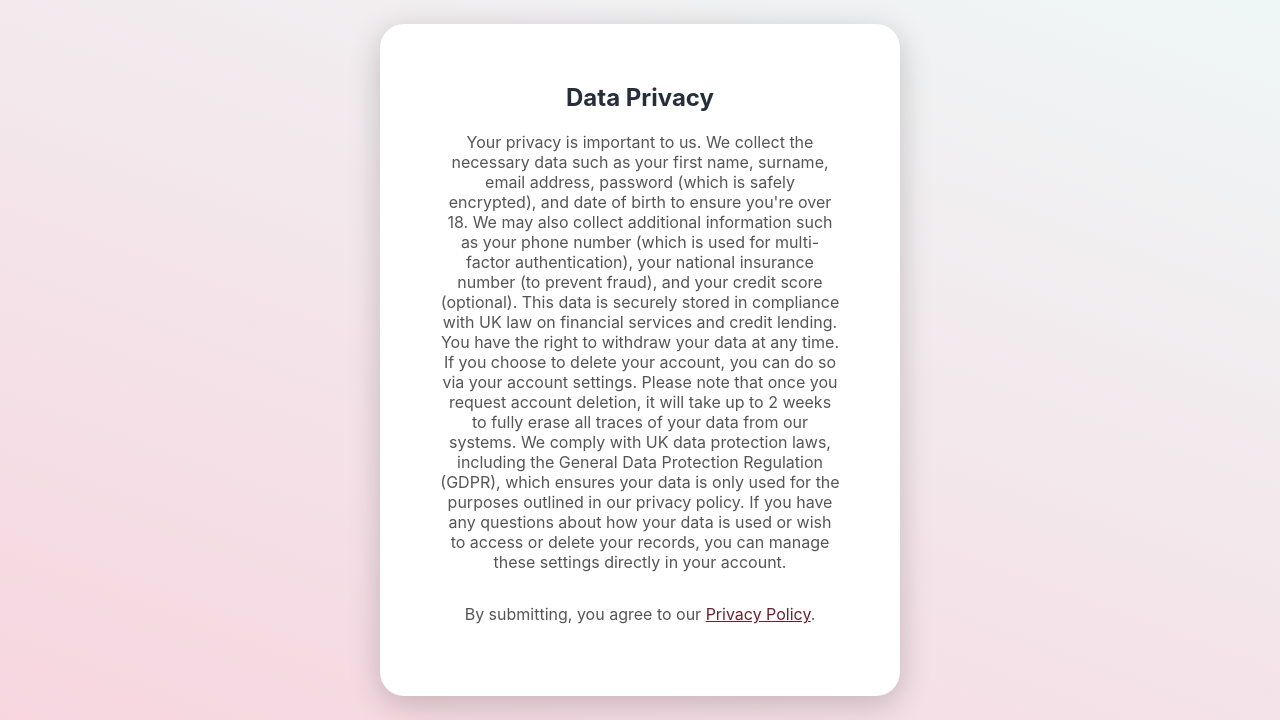
Repository: aab232/https---github.com-aab232-Deferred-Payment-Platform
Page: /privacy (app in frontend/)
These files come from the project's save history. The page is drawn as it stood at one moment and after the next save; the edit follows.
The browser window is 1280 px wide. The pictures show the whole page.
The project was rebuilt for these pictures with package versions that can differ from the ones it lists, and the page was loaded fresh each time. Also part of the build but not shown: frontend/src/components/Home.js, frontend/src/components/Register.js, frontend/src/components/Login.js, frontend/src/components/Main.css, frontend/src/components/Main.js, frontend/src/components/BackButton.css, frontend/src/components/BackButton.js, frontend/src/components/Settings.js.

Above is the page before, as saved 2025-04-01 01:49:33.

### frontend/src/App.js
import React from 'react';
import { BrowserRouter as Router, Routes, Route } from 'react-router-dom';
import Home from './components/Home';
import Register from './components/Register';
import Login from './components/Login';
import Main from './components/Main';
import Settings from './components/Settings';
import Privacy from './components/Privacy';

const App = () => {
  return (
    <Router>
      <Routes>
        <Route path="/" element={<Home />} />
        <Route path="/login" element={<Login />} />
        <Route path="/register" element={<Register />} />
        <Route path="/main" element={<Main />} />
        <Route path="/settings" element={<Settings />} />
        <Route path="/privacy" element={<Privacy />} />
      </Routes>
    </Router>
  );
};

export default App;

### frontend/src/components/Privacy.js
import React from 'react';
import './Privacy.css'; // Make sure to import the CSS file

const Privacy = () => {
  return (
    <div className="container">
      <div className="form-card">
        <h2>Data Privacy</h2>

        <p>
          Your privacy is important to us. We collect the necessary data such as your first name, surname, email address, password (which is safely encrypted), and date of birth to ensure you're over 18. We may also collect additional information such as your phone number (which is used for multi-factor authentication), your national insurance number (to prevent fraud), and your credit score (optional). This data is securely stored in compliance with UK law on financial services and credit lending.

          You have the right to withdraw your data at any time. If you choose to delete your account, you can do so via your account settings. Please note that once you request account deletion, it will take up to 2 weeks to fully erase all traces of your data from our systems.

          We comply with UK data protection laws, including the General Data Protection Regulation (GDPR), which ensures your data is only used for the purposes outlined in our privacy policy. If you have any questions about how your data is used or wish to access or delete your records, you can manage these settings directly in your account.
        </p>

        <p>By submitting, you agree to our <span className="link">Privacy Policy</span>.</p>
      </div>
    </div>
  );
};

export default Privacy;

### frontend/src/components/Home.css
.container {
    display: flex;
    justify-content: center;
    align-items: center;
    height: 100vh; /* Full viewport height */
    background: linear-gradient(135deg, #252f3b, #252d3b); /* Elegant gradient */
  }

  .card {
    text-align: center;
    background: #fff;
    padding: 40px 60px;
    border-radius: 24px;
    box-shadow: 0 8px 32px rgba(0, 0, 0, 0.2);
    max-width: 350px;
    width: 100%;
  }

  h1 {
    margin-bottom: 16px;
    font-size: 28px;
    color: #252f3b;
  }

  p {
    margin-bottom: 32px;
    font-size: 16px;
    color: #555;
  }

  .button-group {
    display: flex;
    justify-content: space-between;
  }

  .btn {
    padding: 12px 24px;
    font-size: 16px;
    border: none;
    border-radius: 30px; /* Rounded buttons */
    cursor: pointer;
    transition: background 0.3s ease;
    color: white;
    background: #252f3b;
  }

  .btn:hover {
    background: #252f3b; /* Button hover effect */
  }

### frontend/src/components/Form.css
.container {
  display: flex;
  justify-content: center;
  align-items: center;
  height: 100vh;
  background: linear-gradient(200deg, #eff7f6, #F7D6E0);
}

.form-card {
  background: white;
  padding: 40px 60px;
  border-radius: 24px;
  box-shadow: 0 8px 32px rgba(0, 0, 0, 0.2);
  max-width: 400px;
  width: 100%;
  text-align: center;
}

h2 {
  color: #252f3b;
}

input {
  display: block;
  width: 100%;
  margin: 10px 0;
  padding: 12px;
  border: 1px solid #ddd;
  border-radius: 30px;
}

.btn {
  padding: 12px 24px;
  margin-top: 20px;
  border-radius: 30px;
  border: none;
  color: white;
  background: #6b212e;
  cursor: pointer;
}

.btn:hover {
  background: #a41b34;
}

.link {
  color: #6b212e;
  cursor: pointer;
}

### frontend/src/components/Settings.css
.settings-container {
  display: flex;
  flex-direction: column;
  align-items: center;
  padding: 40px 20px;
  background: #f8f9fa;
  min-height: 100vh;
}

h1 {
  color: #343a40;
  margin-bottom: 20px;
}

.menu {
  display: flex;
  gap: 20px;
  margin-bottom: 40px;
}

.menu button {
  padding: 10px 20px;
  border: none;
  border-radius: 8px;
  cursor: pointer;
  transition: background 0.3s ease;
  font-weight: bold;
  background: #007bff;
  color: white;
}

.menu .danger {
  background: #dc3545;
}

.menu button:hover {
  opacity: 0.8;
}

/* Dropdown styling */
.dropdown {
  display: flex;
  flex-direction: column;
  gap: 10px;
  margin-top: 20px;
}

.dropdown button {
  padding: 8px 16px;
  border: none;
  border-radius: 8px;
  background: #6c757d;
  color: white;
  cursor: pointer;
  transition: background 0.3s ease;
}

.dropdown button:hover {
  background: #495057;
}

/* Section Styling */
.section {
  width: 100%;
  max-width: 600px;
  background: white;
  padding: 30px;
  border-radius: 16px;
  box-shadow: 0 8px 24px rgba(0, 0, 0, 0.1);
  margin-top: 20px;
}

h2 {
  color: #495057;
  margin-bottom: 20px;
}

input {
  width: 100%;
  padding: 12px;
  margin-bottom: 15px;
  border: 1px solid #ced4da;
  border-radius: 8px;
  font-size: 14px;
}

button {
  padding: 12px 20px;
  border: none;
  border-radius: 8px;
  cursor: pointer;
  background: #28a745;
  color: white;
  font-weight: bold;
}

button:hover {
  opacity: 0.9;
}

.info {
  margin-top: 20px;
  color: #6c757d;
}

### frontend/src/components/Privacy.css
/* Container for centering the form card */
.container {
    display: flex;
    justify-content: center;
    align-items: center;
    height: 100vh;
    background: linear-gradient(200deg, #eff7f6, #F7D6E0);
  }

  /* Form card styling */
  .form-card {
    background: white;
    padding: 40px 60px;
    border-radius: 24px;
    box-shadow: 0 8px 32px rgba(0, 0, 0, 0.2);
    max-width: 400px;
    width: 100%;
    text-align: center;
  }

  /* Heading styling */
  h2 {
    color: #252f3b;
    font-size: 24px;
    margin-bottom: 20px;
  }

  /* Button styling */
  .btn {
    padding: 12px 24px;
    margin-top: 20px;
    border-radius: 30px;
    border: none;
    color: white;
    background: #6b212e;
    cursor: pointer;
  }

  .btn:hover {
    background: #a41b34;
  }

  /* Link styling */
  .link {
    color: #6b212e;
    cursor: pointer;
    text-decoration: underline;
  }

  .link:hover {
    color: #a41b34;
  }

Loaded but not shown: frontend/public/index.html (common file); frontend/src/index.js (common file); frontend/src/index.css (common file)

After the next save:
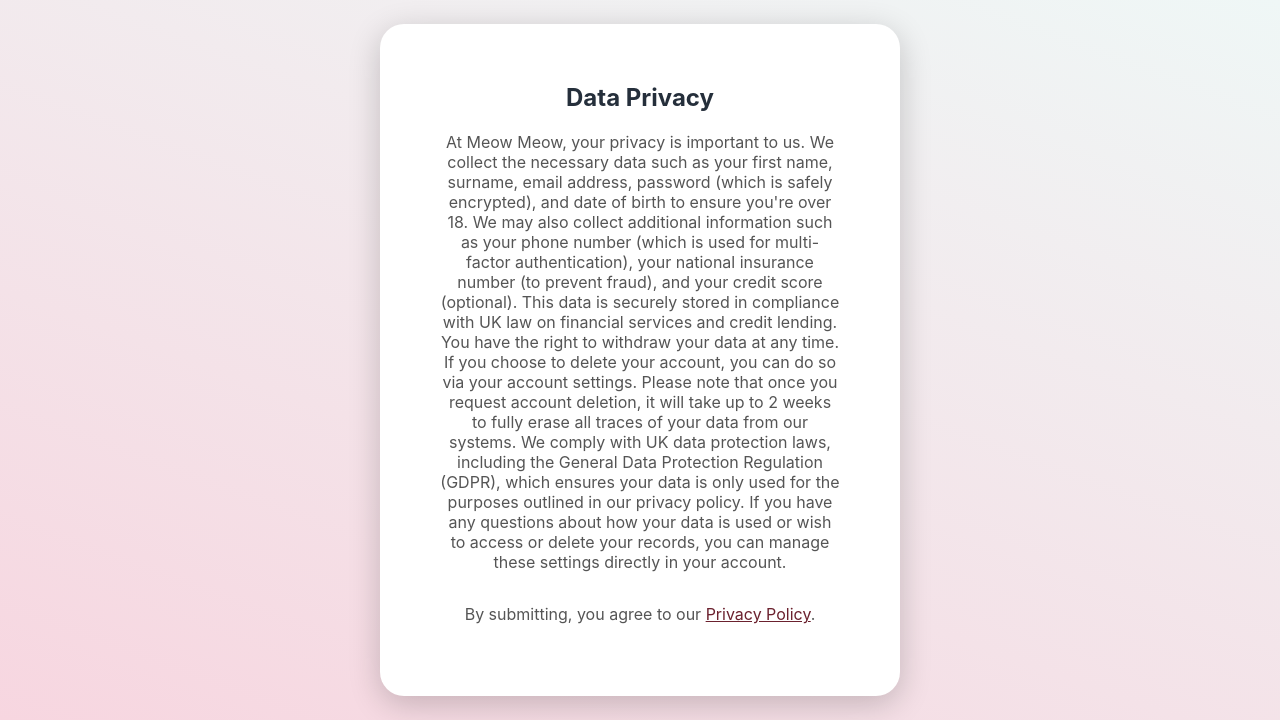
Saved 18 s later.
--- a/frontend/src/components/Privacy.js
+++ b/frontend/src/components/Privacy.js
@@ -8,7 +8,7 @@ const Privacy = () => {
         <h2>Data Privacy</h2>
 
         <p>
-          Your privacy is important to us. We collect the necessary data such as your first name, surname, email address, password (which is safely encrypted), and date of birth to ensure you're over 18. We may also collect additional information such as your phone number (which is used for multi-factor authentication), your national insurance number (to prevent fraud), and your credit score (optional). This data is securely stored in compliance with UK law on financial services and credit lending.
+          At Meow Meow, your privacy is important to us. We collect the necessary data such as your first name, surname, email address, password (which is safely encrypted), and date of birth to ensure you're over 18. We may also collect additional information such as your phone number (which is used for multi-factor authentication), your national insurance number (to prevent fraud), and your credit score (optional). This data is securely stored in compliance with UK law on financial services and credit lending.
 
           You have the right to withdraw your data at any time. If you choose to delete your account, you can do so via your account settings. Please note that once you request account deletion, it will take up to 2 weeks to fully erase all traces of your data from our systems.
 
